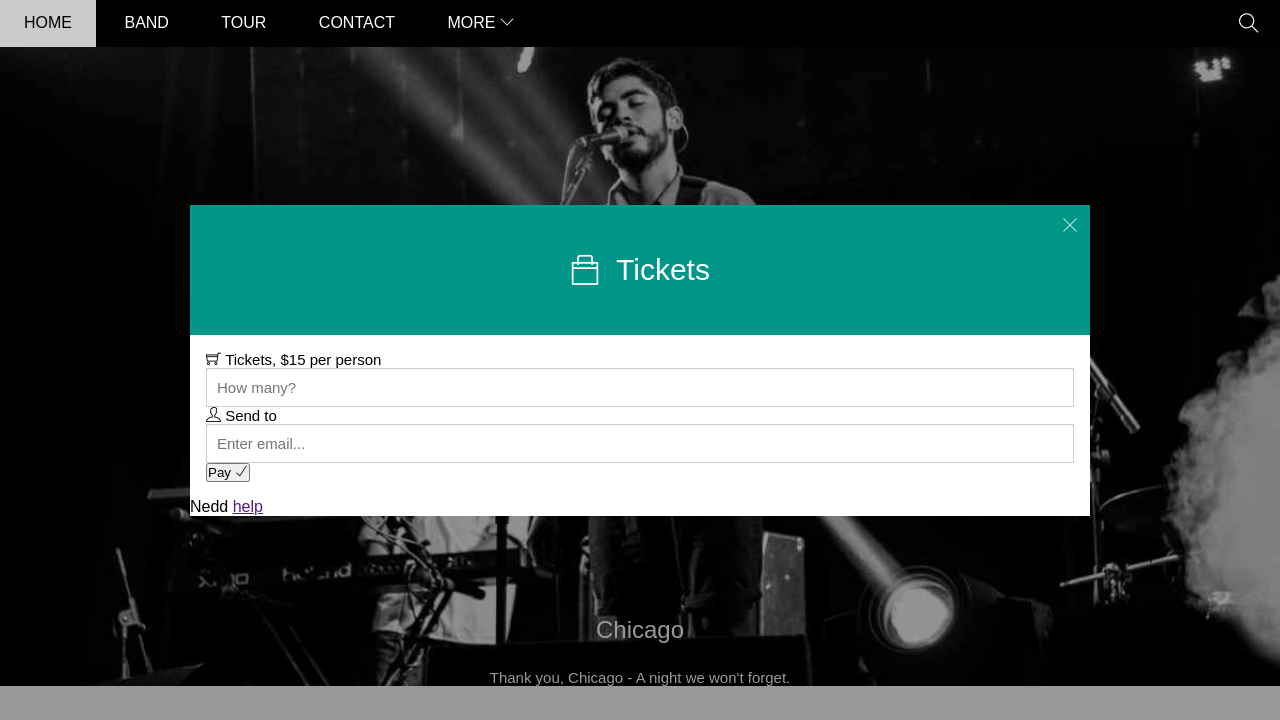
Repository: Thanhtrunghoang123/the-band
Page: index.html
These files come from the project's save history. The page is drawn as it stood at one moment and after the next save; the edit follows.
The browser window is 1280 px wide. The pictures show the window.
A layer covers the whole window, so only the first screen is drawn.

Above is the page before, as saved 2022-07-21 22:15:02.

### index.html
<!DOCTYPE html>
<html lang="en">
<head>
    <meta charset="UTF-8">
    <meta http-equiv="X-UA-Compatible" content="IE=edge">
    <meta name="viewport" content="width=device-width, initial-scale=1.0">
    <title>Document</title>
    <link rel="stylesheet" href="./assest/css/style.css">
    <link rel="stylesheet" href="./assest/fonts/themify-icons/themify-icons.css">



</head>
<body>
    <div id="main">
        <div id="header">
            <!-- Begin: Nav -->
            <ul id="nav">
                <li><a href="">Home</a></li>
                <li><a href="">Band</a></li>
                <li><a href="">Tour</a></li>
                <li><a href="">Contact</a></li>
                <li>
                    <a href="">
                        More
                        <i class=" nav-arrow-down ti-angle-down"></i>

                    </a>
                    <ul class="subnav">
                        <li><a href="">Merchandise</a></li>
                        <li><a href="">Extras</a></li>
                        <li><a href="">Media</a></li>
                    </ul>
                </li>
            </ul>
            <!-- End: Nav -->

            <!-- Begin: Search button -->
            <div class="search-btn">
                <i class=" search-icon ti-search"></i>
            </div>
            <!-- End: Search button -->



        </div>

        <div id="slider">
            <div class="text-content">
                <h2 class="text-heading">Chicago</h2>
                <div class="text-description">Thank you, Chicago - A night we won't forget.</div>

            </div>
        </div>

        <div id="content">
            <!-- About section -->
            <div class="content-section">
                <h2 class="section-heading">THE BAND</h2>
                <p class="section-sub-heading">We love music</p>
                <p class="about-text">We have created a fictional band website. Lorem ipsum dolor sit amet, consectetur adipiscing elit, sed do eiusmod tempor incididunt ut labore et dolore magna aliqua. Ut enim ad minim veniam, quis nostrud exercitation ullamco laboris nisi ut aliquip ex ea commodo consequat. Duis aute irure dolor in reprehenderit in voluptate velit esse cillum dolore eu fugiat nulla pariatur. Excepteur sint occaecat cupidatat non proident, sunt in culpa qui officia deserunt mollit anim id est laborum consectetur adipiscing elit, sed do eiusmod tempor incididunt ut labore et dolore magna aliqua. Ut enim ad minim veniam, quis nostrud exercitation ullamco laboris nisi ut aliquip ex ea commodo consequat.</p>
                <div class="members-list">
                    <div class="member-item">
                        <p class="member-name">Name</p>
                        <img src="./assest/img/band/member1.jpg" alt="Name" class="member-img">
                    </div>
                    <div class="member-item">
                        <p class="member-name">Name</p>
                        <img src="./assest/img/band/member1.jpg" alt="Name" class="member-img">
                    </div>
                    <div class="member-item">
                        <p class="member-name">Name</p>
                        <img src="./assest/img/band/member1.jpg" alt="Name" class="member-img">
                    </div>
                    <div class="clear"></div>
                </div>
            </div>
            <!-- Tour section -->
            <div class="tour-section">
                <div class="content-section">
                    <h2 class="section-heading text-white">TOUR DATES</h2>
                    <p class="section-sub-heading text-white">Remember to book your tickets!</p>

                    <!-- Tickets  -->
                    <ul class="tickets-list">
                        <li>September <span class="sold-out">Sold out</span></li>
                        <li>October <span class="sold-out">Sold out</span></li>
                        <li>November <span class="quantity">3</span></li>
                    </ul>
                    <!-- places -->
                    <div class="place-list">
                        <div class="place-item">
                            <img src="./assest/img/places/place1.jpg" alt="img" class="place-img">
                            <div class="place-body">
                                <h3 class="place-heading">New York</h3>
                                <p class="place-time">Fri 27 Nov 2022</p>
                                <p class="place-desc">Praesent tincidunt sed tellus ut rutrum sed vitae justo.</p>
                                <a href="" class="place-buy-btn">Buy Tickets</a>
                            </div>
                        </div>

                        <div class="place-item">
                            <img src="./assest/img/places/place2.jpg" alt="img" class="place-img">
                            <div class="place-body">
                                <h3 class="place-heading">Paris</h3>
                                <p class="place-time">Sat 28 Nov 2022</p>
                                <p class="place-desc">Praesent tincidunt sed tellus ut rutrum sed vitae justo.</p>
                                <a href="" class="place-buy-btn">Buy Tickets</a>
                            </div>
                        </div>

                        <div class="place-item">
                            <img src="./assest/img/places/place3.jpg" alt="img" class="place-img">
                            <div class="place-body">
                                <h3 class="place-heading">San Francisco</h3>
                                <p class="place-time">Sun 29 Nov 2022</p>
                                <p class="place-desc">Praesent tincidunt sed tellus ut rutrum sed vitae justo.</p>
                                <a href="" class="place-buy-btn">Buy Tickets</a>
                            </div>
                        </div>
                        <div class="clear"></div>
                    </div>
                </div>

            </div>
            <!-- Contact section -->
            <div class="content-section">
                <h2 class="section-heading">CONTACT</h2>
                <p class="section-sub-heading">Fan? Drop a note!</p>
            </div>
            <!-- Contact section -->

        </div>

        <div id="footer">

        </div>
    </div>
    <div class="modal">
        <div class="modal-container">
            <div class="modal-close">
                <i class="ti-close"></i>
            </div>

            <header class="modal-header">
                <i class=" modal-heading-icon ti-bag"></i>
                Tickets
            </header>

            <div class="modal-body">
                <label for="" class="modal-label">
                    <i class="ti-shopping-cart"></i>
                    Tickets, $15 per person
                </label>
                <input type="text" class="modal-input" placeholder="How many?">

                <label for="" class="modal-label">
                    <i class="ti-user"></i>
                    Send to
                </label>
                <input type="text" class="modal-input" placeholder="Enter email...">

                <button id="buy-tickets">
                    Pay <i class="ti-check"></i>

                </button>
            </div>

            <footer class="modal-footer">
                <p class="modal-help">Nedd <a href="">help</a></p>
            </footer>
        </div>
    </div>
</body>
</html>

### assest/css/style.css
*{
    margin: 0;
    padding: 0;
    box-sizing: border-box;
}

html{
    font-family: Arial, Helvetica, sans-serif;
}
.text-white{
    color: #fff !important;
}
.clear{
    clear: both;
}
#main{

}

#header{
    height: 46.5px;
    background-color: #000;
    position: fixed;
    top: 0;
    left: 0;
    right: 0;
    z-index: 1;
}
#nav {
    display: inline-block;
}
#nav , .subnav{
    list-style: none;
}
#nav > li{
    display: inline-block;
}

#nav li{
    position: relative;
}

#nav > li > a {
    color: #fff;
    text-transform: uppercase;
}
#nav li a{
    text-decoration: none;
    line-height: 46.5px;
    padding: 0px 24px;
    display: block;
}

#nav li:hover .subnav{
    display: block;
}
#nav > li:hover > a,
#nav .subnav li:hover a{
    color: #000;
    background-color: #ccc;
}

#nav .subnav{
    display: none;
    position: absolute;
    top: 100%;
    background-color: #fff;
    box-shadow: 0 0 10px rgba(0 , 0 , 0 ,0.3);
}
#nav .subnav a{
    color: #000;
    min-width: 160px;
    padding:  0px 12px;
    line-height: 38.5px;
}
#nav .nav-arrow-down{
    font-size: 14px;
}
#header .search-btn{
    float:right;
    padding: 0 21px;
}
#header .search-btn:hover {
    background-color: #f44336;
    cursor: pointer;
}
#header .search-icon {
    color: #fff;
    font-size: 20px;
    line-height: 46px;
}
#slider{
    position: relative;
    margin-top: 46px;
    padding-top:50%;
    background: url(/assest/img/slider/chicago.jpg) top center /cover no-repeat;
}

#slider .text-content{
    position: absolute;
    bottom: 0;
    color: #fff;
    /* cách căn giữa 1 */
    /* left: 50%;
    transform: translateX(-50%); */
    /* Cách căn giữa 2 */
    width: 100%;
    text-align: center;
}

#slider .text-heading{
    font-weight: 500 ;
    font-size: 24px;
}

#slider .text-description{
    font-size: 15px;
    margin-top: 25px;
}

#content{

}

#content .content-section{
    width: 800px;
    margin-left: auto;
    margin-right: auto;
    padding: 64px 0;
}

#content .section-heading{
    font-size: 30px;
    font-weight: 500;
    text-align: center;
    letter-spacing:  4px;
}

#content .section-sub-heading{
    font-size: 15px;
    text-align: center;
    margin-top: 25px;
    font-style: italic;
    opacity: 0.6;

}

#content .about-text{
    font-size: 15px;
    margin-top: 25px;
    text-align: justify;
    line-height: 1.4;

}

#content .members-list{
    margin-top: 47px;
    /* display: flex; */
    overflow: hidden;
}

#content .member-item{
    float: left;
    /* /* margin: auto; */
    width: calc(100%/3);
    text-align: center;

}

#content .member-name{
    font-size: 15px;
}

#content .member-img{
    width: 154px;
    margin-top: 15px;
    border-radius: 4px;
}
/* Tour section  */
.tour-section{
    background-color: #000;
}

.tickets-list{
    background-color: #fff;
    margin-top: 40px;
}

.tickets-list li {
    color: #757575;
    font-size: 15px;
    padding: 11px 16px;
    border-bottom: 1px solid #ddd;
    list-style: none;
}

.tickets-list .sold-out{
    background-color: #f44336;
    color: #fff ;
    padding: 3px 4px;
    margin-left: 16px;
}

.tickets-list .quantity{
    float: right;
    width: 24px;
    height: 24px;
    background-color: #000;
    color: #fff;
    border-radius: 50%;
    text-align: center;
    line-height: 24px;
    margin-top: -3px;

}
/* Places */
.place-list{
   margin: 32px -8px 48px;

}

.place-item{
    float: left;
    width: calc(100%/3);
    padding: 0 8px;
}
.place-img{
    width: 100%;
    display: block;
}

.place-img:hover{
    opacity: 0.6;
}

.place-body{
    padding: 16px;
    font-size: 15px;
    background-color: #fff;
}

.place-heading{
    font-size: 15px;
    font-weight: 600;

}

.place-time{
    margin-top: 15px;
    color: #757575;
}

.place-desc{
    margin-top: 15px;
    line-height: 1.4;
}

.place-buy-btn{
    color: #fff;
    background-color: #000;
    text-decoration: none;
    padding: 11px 16px;
    display: inline-block;
    margin-top: 15px;
}

.place-buy-btn:hover{
    color: #000;
    background-color: #ccc;
}

.modal{
    position: fixed;
    top: 0;
    bottom: 0;
    right: 0;
    left: 0;
    background: rgba(0, 0 ,0 ,0.4);
    display: flex;
    align-items: center;
    justify-content: center;
}

.modal-container {
    background: #fff ;
    width: 900px;
    min-height: 200px;
    position: relative;


}

.modal-header{
    color: #fff;
    background-color: #009688;
    height: 130px;
    font-size: 30px;
    display: flex;
    align-items: center;
    justify-content: center;

}

.modal-heading-icon{
    padding-right: 16px;
}

.modal-close{
    position: absolute;
    right: 0;
    top: 0;
    color: #fff;
    padding: 12px;
    cursor: pointer;
    opacity: 0.8;
}

.modal-close:hover {
    opacity: 1;
}

.modal-body {
    padding: 16px;
}

.modal-label{
    display: block;
    font-size: 15px;
}

.modal-input{
    border: 1px solid #ccc;
    width: 100%;
    font-size: 15px;
    padding: 10px;
}

#footer{

}

Loaded but not shown: assest/fonts/themify-icons/themify-icons.css (common file)

After the next save:
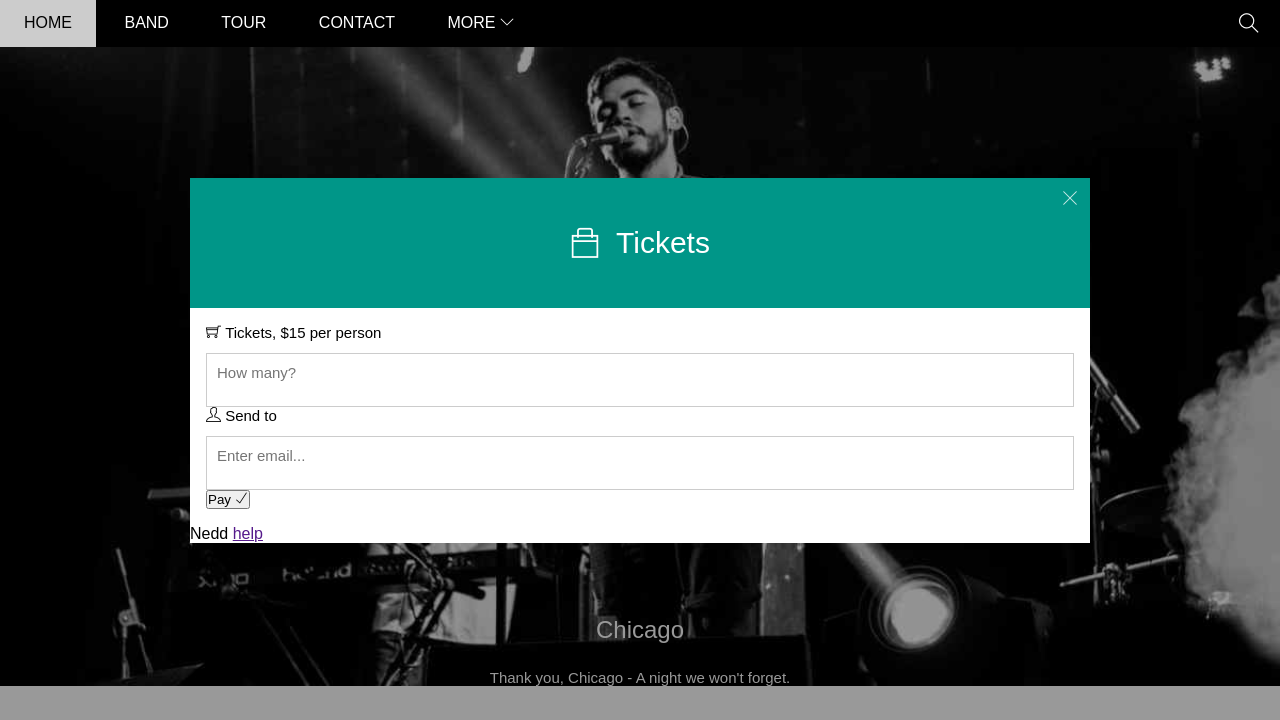
Saved 2 min 1 s later.
--- a/assest/css/style.css
+++ b/assest/css/style.css
@@ -326,6 +326,7 @@
 .modal-label{
     display: block;
     font-size: 15px;
+    padding-bottom: 12px;
 }
 
 .modal-input{
@@ -333,6 +334,7 @@
     width: 100%;
     font-size: 15px;
     padding: 10px;
+    padding-bottom: 25px;
 }
 
 #footer{
